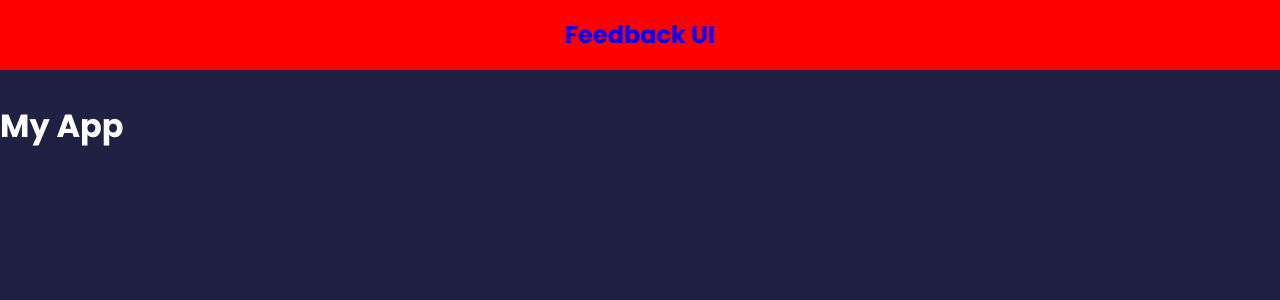
Repository: haokiet2501/feedback-app
Page: /
These files come from the project's save history. The page is drawn as it stood at one moment and after a run of saves; the edit follows.
The browser window is 1280 px wide. The pictures show the whole page.
The project was rebuilt for these pictures with package versions that can differ from the ones it lists, and the page was loaded fresh each time.

Above is the page before, as saved 2022-02-23 09:05:50.

After the next 2 saves:
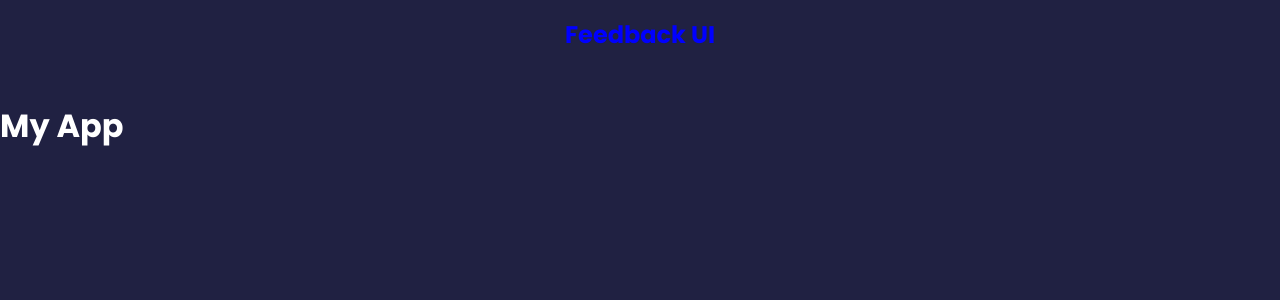
The 2 saves are shown as one change because they came seconds apart.
The last was saved 21 s later.
--- a/src/components/Header.jsx
+++ b/src/components/Header.jsx
@@ -3,7 +3,7 @@
 
 const Header = ({ text, bgColor, textColor }) => {
   const handleStyles = {
-      background: bgColor,
+      backgroundcolor: bgColor,
       color: textColor
   }
   return (

After the save that followed:
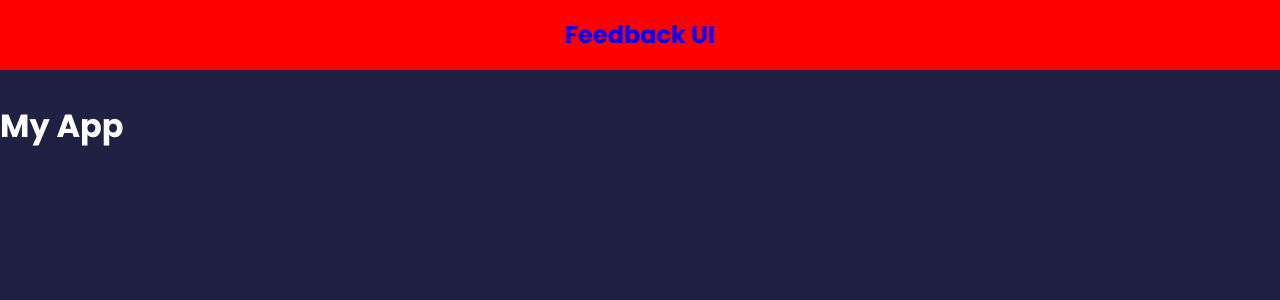
Saved 16 s later.
--- a/src/components/Header.jsx
+++ b/src/components/Header.jsx
@@ -3,7 +3,7 @@
 
 const Header = ({ text, bgColor, textColor }) => {
   const handleStyles = {
-      backgroundcolor: bgColor,
+      backgroundColor: bgColor,
       color: textColor
   }
   return (
